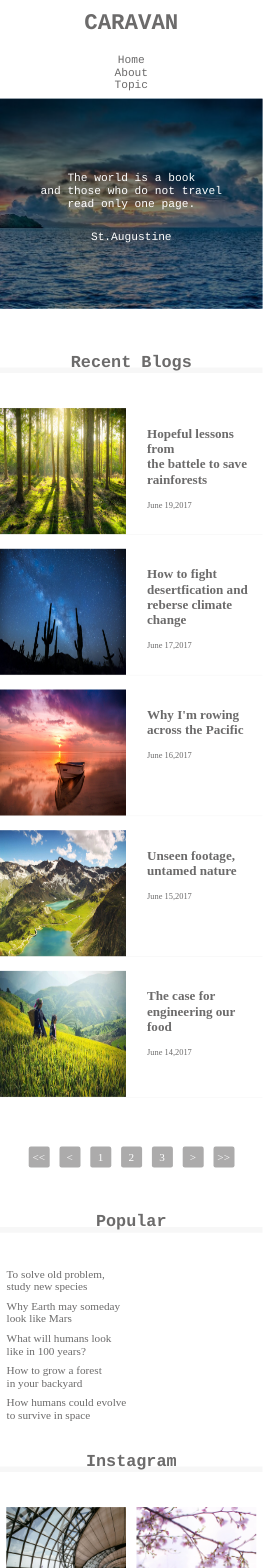
Repository: CarAll02/git-practice
Page: caravan/index.html
The author's editor kept a record of every edit. The page is drawn from the files as they stood at one moment, then again after the next edit.
The browser window is 375 px wide. The pictures show the part of the page from y = 0 to 2240 px (the page is 3263 px tall), at 70% of full size.
Some web libraries are served in a nearby version.

Above is the page before.

After the next edit:
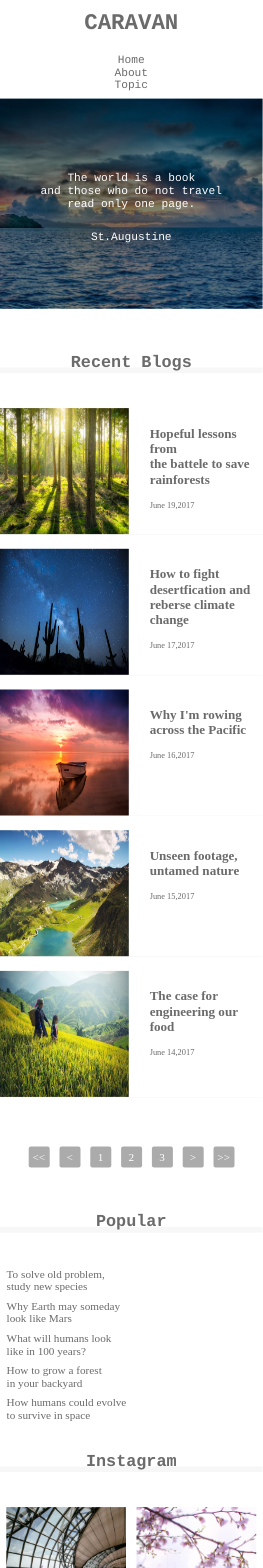
The edit:
--- a/caravan/style.css
+++ b/caravan/style.css
@@ -270,7 +270,8 @@
 
   .blog-image{
     /*回答はwidth:49%;。横幅変わる事かんがえたらこれも％指定するべきだった*/
-    width:180px;
+    /*width:180px; ※これは自分の回答*/
+    width:49%;
   }
 
 /*本来不要。元のコードがおかしかった事に気づかず書いた謎の産物*/
